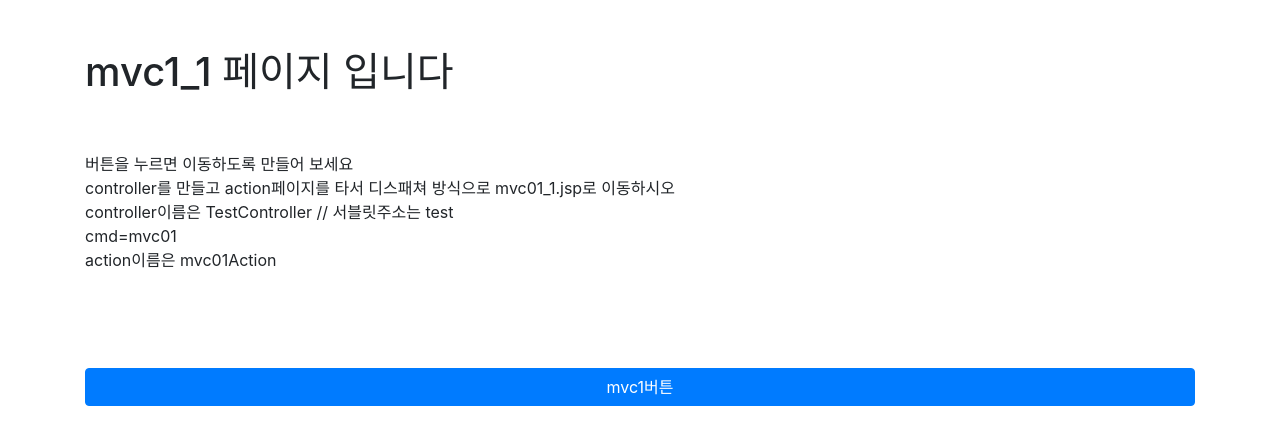
Repository: jaybon1/clone1
Page: http://localhost/sat0613/mvc01_1.jsp
An editor plug-in stored every save of this project. The page is shown before and after the next save, followed by the edit.
The browser window is 1280 px wide. The pictures show the whole page.
The page is served by Tomcat 9.

Above is the page before, as saved 2020-06-10 16:04:18.

After the next save:
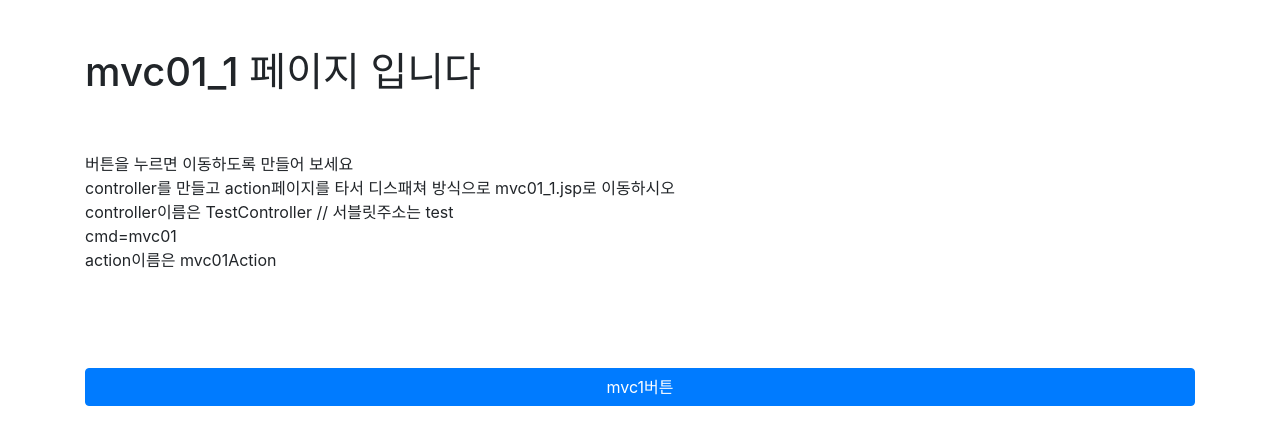
Saved 28 s later.
--- a/sat0613/WebContent/mvc01_1.jsp
+++ b/sat0613/WebContent/mvc01_1.jsp
@@ -13,7 +13,7 @@
 	<div class="container">
 		<br/>
 		<br/>
-		<h1>mvc1_1 페이지 입니다</h1>
+		<h1>mvc01_1 페이지 입니다</h1>
 		<br/>
 		<br/>
 		<div> 버튼을 누르면 이동하도록 만들어 보세요</div>
